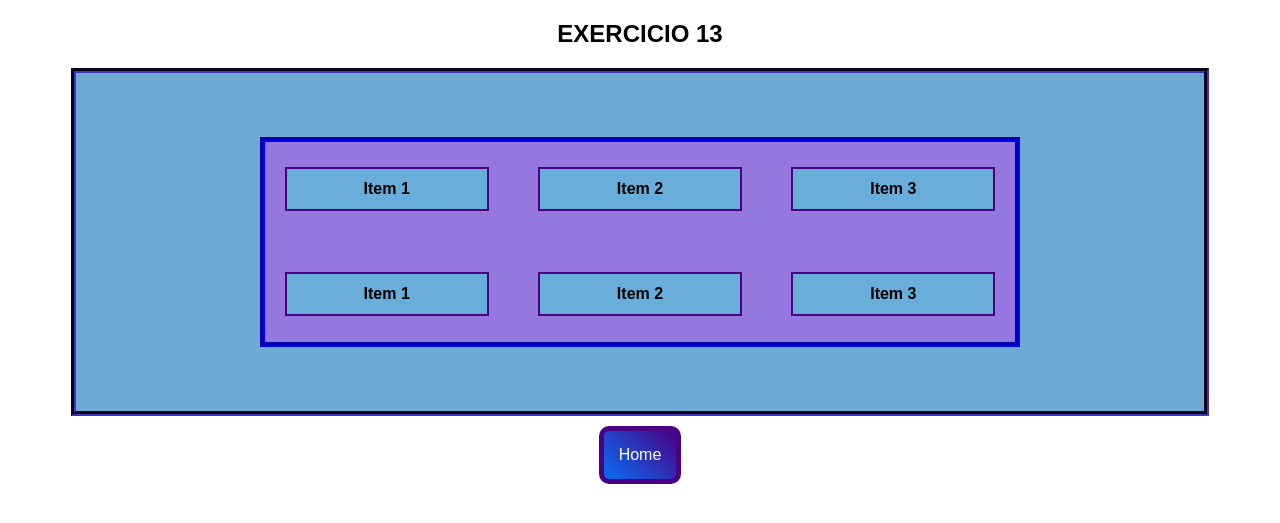
Repository: Elianmrey/TP1-Mobile-First
Page: EXERCISES/EX_13/index.html
The author's editor kept a copy of each file at every save. The page is drawn from the files as they stood at one save, then again after a run of saves.
The browser window is 1280 px wide. The pictures show the whole page.

Above is the page before, as saved 2024-08-05 16:40:43.

After the next 2 saves:
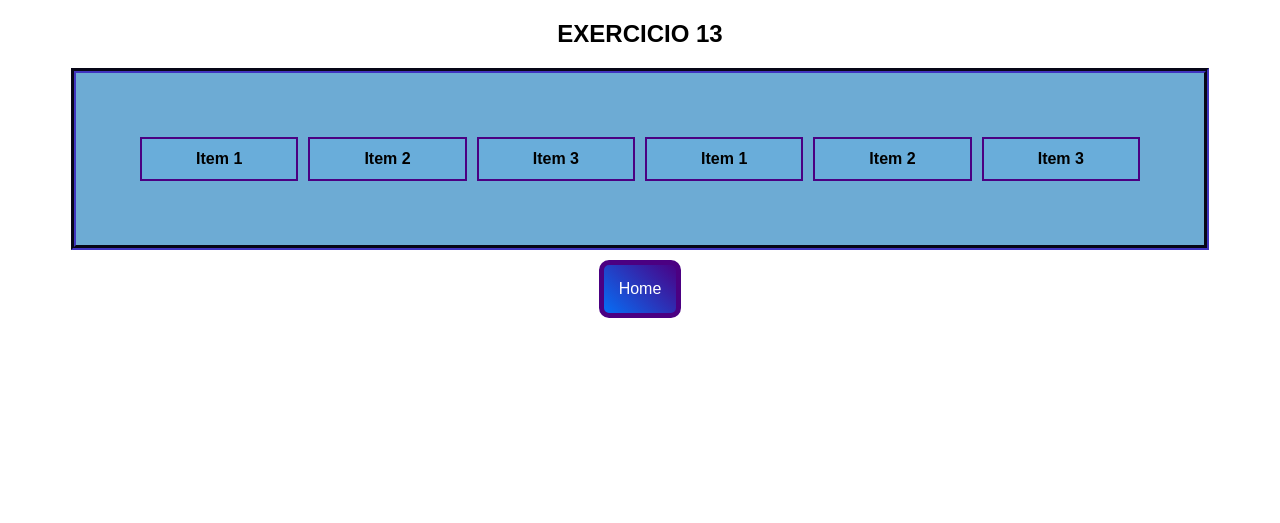
The 2 saves are shown as one change because they came seconds apart.
The last was saved 7 min 34 s later.
--- a/EXERCISES/EX_13/index.html
+++ b/EXERCISES/EX_13/index.html
@@ -16,7 +16,7 @@
 
   <div class="container-principal">
 
-    <div class="container-central">
+
 
       <div class="item">Item 1</div>
       <div class="item">Item 2</div>
@@ -26,7 +26,7 @@
       <div class="item">Item 2</div>
       <div class="item">Item 3 </div>
 
-</div>
+
 
 
   </div>
